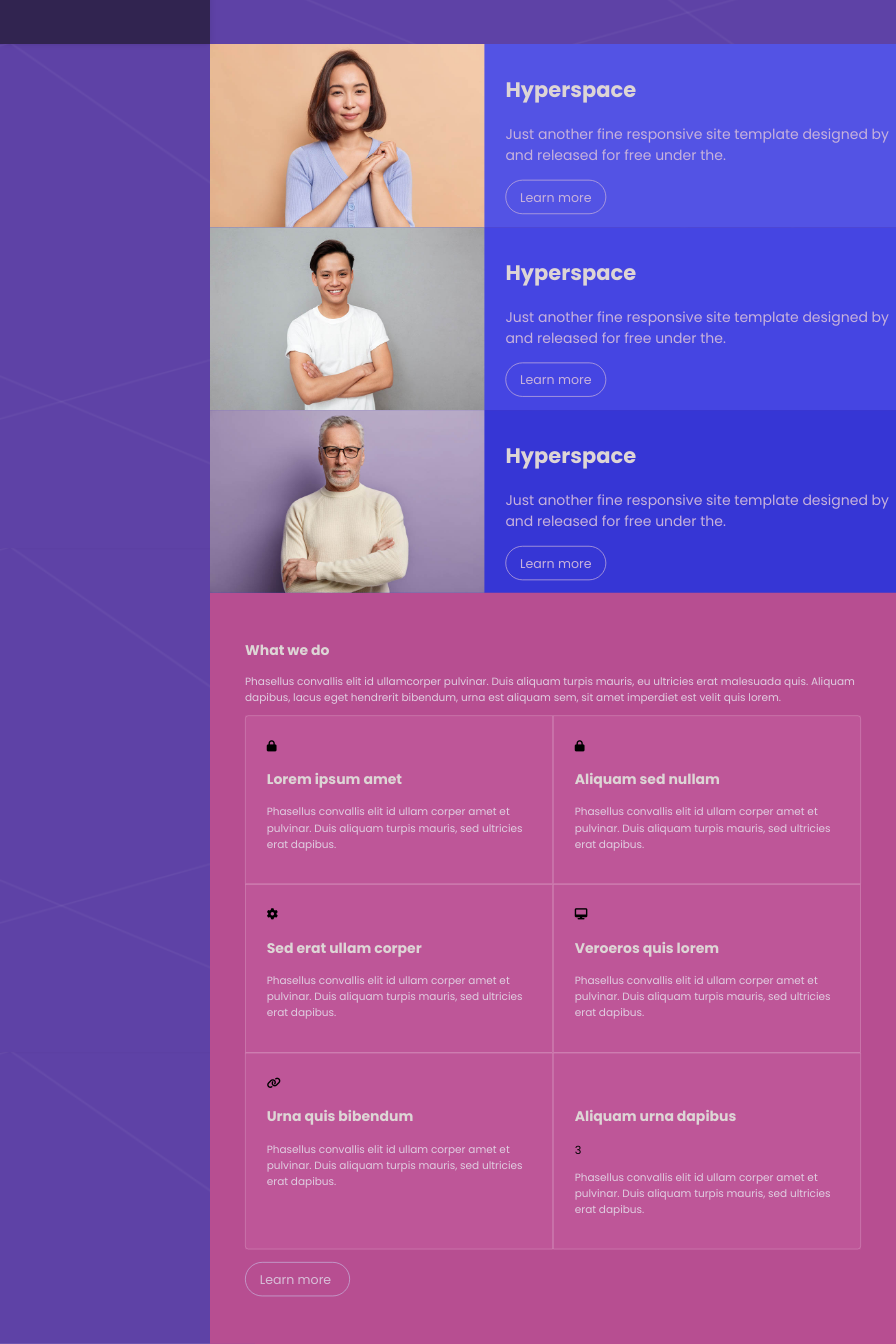
Repository: zai31/KIMIT_Tasks
Page: JsSession8/index.html
These files come from the project's save history. The page is drawn as it stood at one moment and after a run of saves; the edit follows.
The browser window is 1280 px wide. The pictures show the part of the page from y = 657 to 2577 px (the page is 2577 px tall before and 2545 px after), at 70% of full size.
Backgrounds fixed to the window are drawn as part of the page.

Above is the page before, as saved 2025-09-15 21:21:36.

### JsSession8/index.html
<!DOCTYPE html>
<html lang="en">
<head>
    <meta charset="UTF-8">
    <meta name="viewport" content="width=device-width, initial-scale=1.0">
    <link rel="stylesheet" href="./css/style.css">
	<link href="https://cdnjs.cloudflare.com/ajax/libs/font-awesome/6.5.2/css/all.min.css" rel="stylesheet">

    <title>Responsive</title>
</head>

<body>
    <section  class="flex-section">
        <div class="menu">
        <ul>
            <li><a href="#">welcome</a></li>
            <li><a href="#">who are we</a></li>
            <li><a href="#">what we do</a></li>
            <li><a href="#">get in touch</a></li>
        </ul>
</div>
<div class="section">
    <div class="content">
      <div class="intro">
							<h1>Hyperspace</h1>
							<p>Just another fine responsive site template designed by <a href="https://html5up.net">HTML5 UP</a><br>
							and released for free under the <a href="https://html5up.net/license">Creative Commons</a>.</p>
							<button>Learn more</button>

						</div>
    <div class="overview">
        <div class="s" style="background-color: rgb(83, 83, 228);">
           <img src="./images/1.jpg" alt="">

							<div ><h1>Hyperspace</h1>
                                <p>Just another fine responsive site template designed by
							and released for free under the.</p>
							<button>Learn more</button></div>
        </div>
        <div class="s" style="background-color: rgb(69, 69, 226);">
            <img src="./images/2.jpg" alt="">
							<div >
                                           	<h1>Hyperspace</h1>
<p>Just another fine responsive site template designed by
							and released for free under the.</p>
							<button>Learn more</button></div>
        </div>
        <div class="s" style="background-color: rgb(54, 54, 213);">
            <img src="./images/3.jpg" alt="">
							<div >
                                           	<h1>Hyperspace</h1>
<p>Just another fine responsive site template designed by
							and released for free under the.</p>
							<button>Learn more</button></div>
        </div>
    <div class="what">
							<h2>What we do</h2>
							<p>Phasellus convallis elit id ullamcorper pulvinar. Duis aliquam turpis mauris, eu ultricies erat malesuada quis. Aliquam dapibus, lacus eget hendrerit bibendum, urna est aliquam sem, sit amet imperdiet est velit quis lorem.</p>
							<div class="features">
								<section style="border-radius:5px 0px 0px 0 ;">
									<span  class="fa-solid fa-lock"></span>
									<h3>Lorem ipsum amet</h3>
									<p>Phasellus convallis elit id ullam corper amet et pulvinar. Duis aliquam turpis mauris, sed ultricies erat dapibus.</p>
								</section>
								<section style="border-radius:0 5px 0px 0 ;">
									<span class="fa-solid fa-lock"></span>
									<h3>Aliquam sed nullam</h3>
									<p>Phasellus convallis elit id ullam corper amet et pulvinar. Duis aliquam turpis mauris, sed ultricies erat dapibus.</p>
								</section>
								<section>
									<span class="fa-solid  fa-cog"></span>
									<h3>Sed erat ullam corper</h3>
									<p>Phasellus convallis elit id ullam corper amet et pulvinar. Duis aliquam turpis mauris, sed ultricies erat dapibus.</p>
								</section>
								<section>
									<span class="fa-solid fa-desktop"></span>
									<h3>Veroeros quis lorem</h3>
									<p>Phasellus convallis elit id ullam corper amet et pulvinar. Duis aliquam turpis mauris, sed ultricies erat dapibus.</p>
								</section>
								<section style="border-radius:0 0px 0px 5px  ;">
									<span class="fa-solid fa-link"></span>
									<h3>Urna quis bibendum</h3>
									<p>Phasellus convallis elit id ullam corper amet et pulvinar. Duis aliquam turpis mauris, sed ultricies erat dapibus.</p>
								</section>
								<section style="border-radius:0 0px 5px 0 ;">
									<span class="fa-solid fa-gem" style="color: rgba(255, 255, 255, 0.759); font-size: 0px;" ></span>
									<h3>Aliquam urna dapibus</h3>3
									<p>Phasellus convallis elit id ullam corper amet et pulvinar. Duis aliquam turpis mauris, sed ultricies erat dapibus.</p>
								</section>
							</div>
							<ul class="actions">
								<li style="list-style: none;"><a href="generic.html" class="button" style="text-decoration: none; color: thistle;">Learn more</a></li>
							</ul>

    </div>
                        </div>
                        </div>
                    </section>
</body>
</html>

### JsSession8/CSS/style.css
@import url("https://fonts.googleapis.com/css2?family=Poppins:ital,wght@0,100;0,200;0,300;0,400;0,500;0,600;0,700;0,800;0,900;1,100;1,200;1,300;1,400;1,500;1,600;1,700;1,800;1,900&display=swap");

* {
    box-sizing: border-box;
    font-family: "Poppins", sans-serif;
}

:root {
    --sidebar-color: #312450;
    --primary-color: #5e42a6;
    --secondary-color: #b74e91;
    --section-bg-color: #c7b2dc;
    --dark-color: #000000;
    --navbar-bg-color: #273053;
    --p-color: #717275;
    --highlight-icon-color: #ff0100;
    --main-transition: 0.5s all ease-in-out;
}


html,
body {
    height: 100%;
    margin: 0;
    padding: 0;
}

.flex-section {
    display: flex;
    flex-direction: row;

}

/*side bar*/
.flex-section .menu {
    min-height: 100vh;
    /* ensures sidebar spans at least the full screen */
    height: auto;
    /* lets it grow with content */
    width: 300px;
    top: 0;
    left: 0;
    position: fixed;
    background-color: var(--sidebar-color);
    padding: 145px 30px;
    box-shadow: 0 0 10px rgba(0, 0, 0, 0.1);
}

.flex-section .menu ul {
    list-style: none;
    padding: 0;
    margin: 0;
    text-align: right;
}

.flex-section .menu ul li {
    margin-bottom: 10px;
    font-size: 20px;
    position: relative;
    /* needed for ::after positioning */
    padding-bottom: 10px;
}

.flex-section .menu ul li a {
    text-decoration: none;
    color: #8b82a1;

}

.flex-section .menu ul li::after {
    content: "";
    position: absolute;
    left: 0;
    bottom: 0;
    width: 100%;
    /* stick to the bottom */
    height: 2px;
    background-color: #8b82a1;
    /* thickness of underline */
    transition: width 0.3s ease;
}

/*use js*/
.flex-section .menu ul li a:hover::after {
    width: 100%;
    /* expand underline on hover */
}


.flex-section .menu ul li a:hover {
    color: #b5b8bf;
}

.flex-section .menu ul li a:active {
    color: #5e42a6;
}

.flex-section .menu ul li a:active::after {
    background: linear-gradient(to right, #4b0082, #8b00ff, #981196);
}






/*content first section */
.flex-section .section {
    flex: 1;
    background-color: var(--section-bg-color);
    background-attachment: fixed;
    background-image: url("../assets/css/images/Screenshot\ 2025-09-15\ 075920.png");
    background-position: top right;
    background-repeat: no-repeat;
    background-size: 100% 100%;
    padding-left: 300px;
}

.flex-section .section .content {
    display: flex;
    flex-direction: column;
    width: 100%;
}

.flex-section .section .content .intro {
    padding: 100px;
    width: 100%;
    height: 100vh;
}

.flex-section .section .content .intro h1 {
    color: rgb(221, 213, 213);
    font-size: 50px;
}

.flex-section .section .content .intro p,
.flex-section .section .content .intro a {
    color: var(--section-bg-color);
    font-size: 20px;
}

.flex-section .section .content .intro a:hover {
    color: #fefefe;
    text-decoration: none;
}

.flex-section .section .content .intro button {
    color: var(--section-bg-color);
    background-color: transparent;
    border: 1px solid var(--section-bg-color);
    padding: 10px 20px;
    border-radius: 25px;
    cursor: pointer;
    text-decoration: none;
    font-size: 18px;
}

.flex-section .section .content .intro button:hover {
    background-color: #6f54b6;
}




/*content second section */

.flex-section .section .content .overview .s {
    display: flex;
    flex-direction: row;
    align-items: center;
    gap: 30px;
}

.flex-section .section .content .overview .s h1 {
    color: rgb(221, 213, 213);
    font-size: 30px;
}

.flex-section .section .content .overview .s p {
    color: var(--section-bg-color);
    font-size: 20px;
}

.flex-section .section .content .overview .s button {
    color: var(--section-bg-color);
    background-color: transparent;
    border: 1px solid var(--section-bg-color);
    padding: 10px 20px;
    border-radius: 25px;
    cursor: pointer;
    text-decoration: none;
    font-size: 18px;
}

.flex-section .section .content .overview .s button:hover {
    background-color: rgb(77, 77, 246);
}

.flex-section .section .content .overview .s img {
    width: 40%;
}

/*what section*/

.flex-section .section .content .what {
    padding: 50px;
    width: 100%;
    background-color: var(--secondary-color);
}

.flex-section .section .content .what h3,
.flex-section .section .content .what h2 {
    color: rgb(221, 213, 213);
    font-size: 20px;
}
.flex-section .section .content .what p {
    color: #e0cee1;
    font-size: 15px;
}

.flex-section .section .content .what .features{
    display: flex;
    flex-direction: row;
    flex-wrap: wrap;
    background-color: #be5698;


}
.flex-section .section .content .what .features section {
 flex: 1 1 50%;     /* grow/shrink, ~half width with gap */
 border: 0.5px solid rgba(255, 255, 255, 0.248);
 box-sizing: border-box;
 padding: 30px;

}
.flex-section .section .content .what .actions {
   color: var(--section-bg-color);
    background-color: transparent;
    border: 1px solid var(--section-bg-color);
    padding: 10px 20px;
    border-radius: 25px;
    cursor: pointer;
    text-decoration: none;
    font-size: 18px;
    width: 150px;
}

.flex-section .section .content .what .actions:hover {
    background-color: rgb(212, 107, 177);
}

After the next 2 saves:
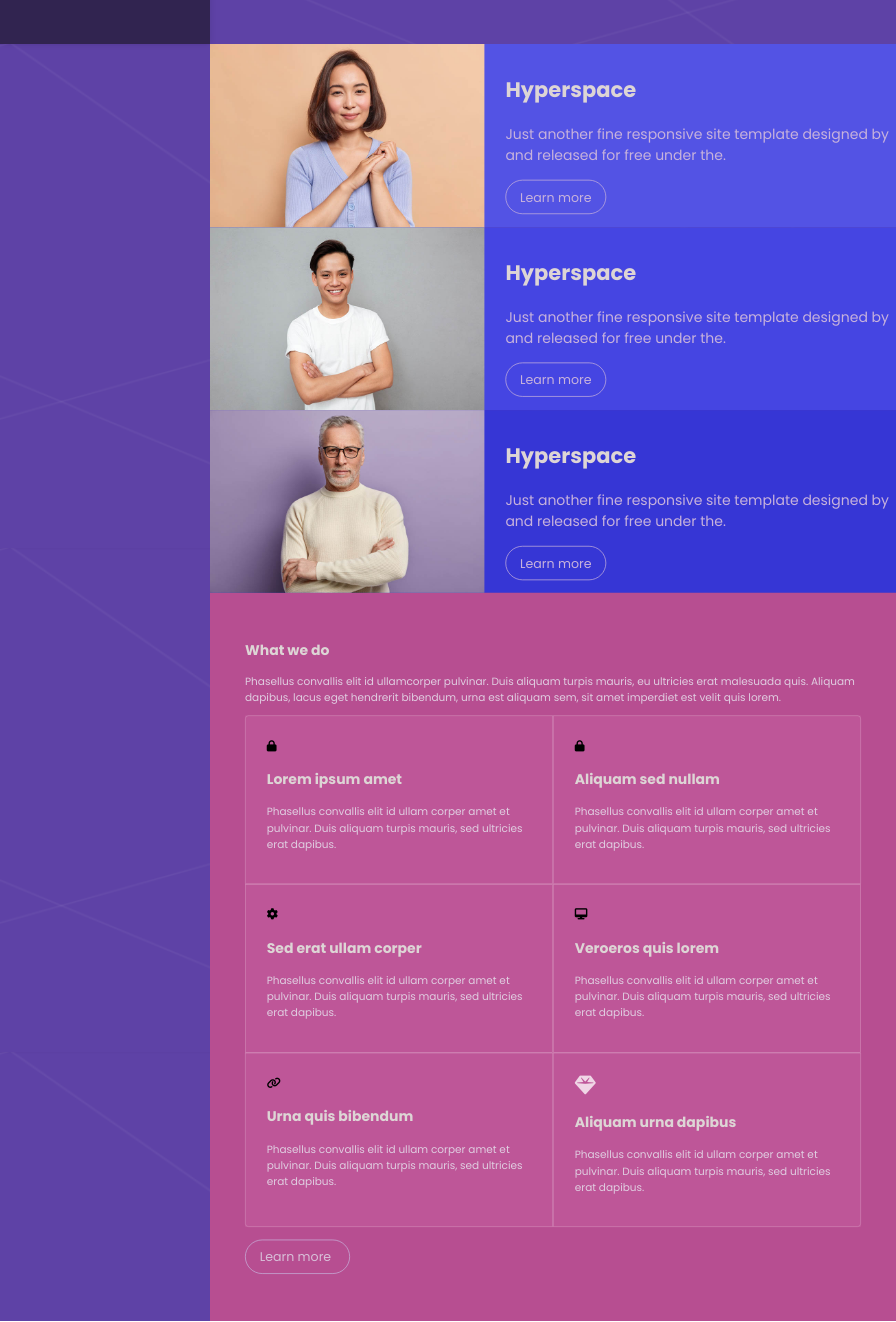
The 2 saves are shown as one change because they came seconds apart.
The last was saved 10 s later.
--- a/JsSession8/index.html
+++ b/JsSession8/index.html
@@ -83,8 +83,8 @@
 									<p>Phasellus convallis elit id ullam corper amet et pulvinar. Duis aliquam turpis mauris, sed ultricies erat dapibus.</p>
 								</section>
 								<section style="border-radius:0 0px 5px 0 ;">
-									<span class="fa-solid fa-gem" style="color: rgba(255, 255, 255, 0.759); font-size: 0px;" ></span>
-									<h3>Aliquam urna dapibus</h3>3
+									<span class="fa-solid fa-gem" style="color: rgba(255, 255, 255, 0.759); font-size: 30px;" ></span>
+									<h3>Aliquam urna dapibus</h3>
 									<p>Phasellus convallis elit id ullam corper amet et pulvinar. Duis aliquam turpis mauris, sed ultricies erat dapibus.</p>
 								</section>
 							</div>
